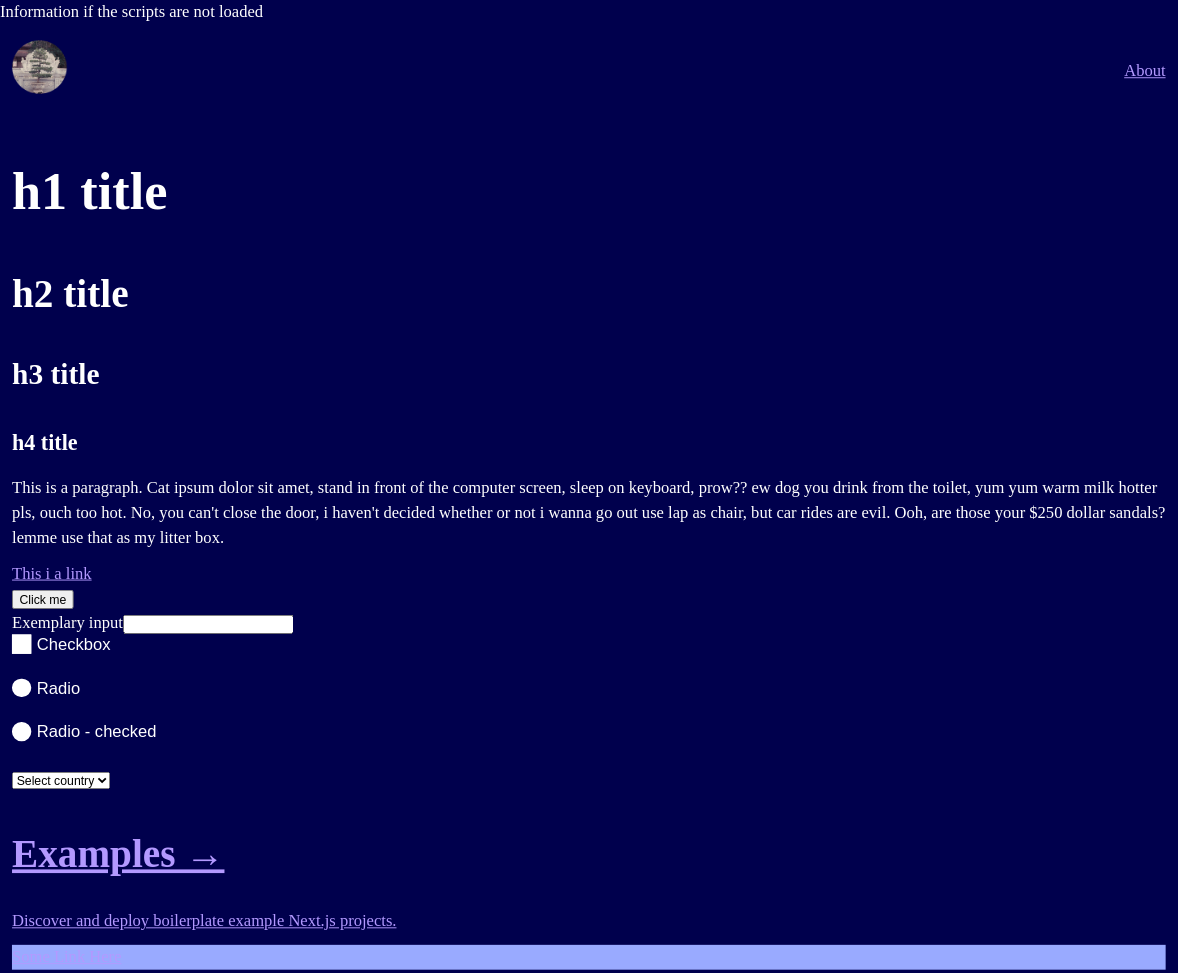
Repository: magiai/scent-app
Page: /
The author's editor kept a copy of each file at every save. The page is drawn from the files as they stood at one save, then again after the next save.
The browser window is 1280 px wide. The pictures show the whole page, at 92% of full size.
The project was rebuilt for these pictures with package versions that can differ from the ones it lists, and the page was loaded fresh each time. The framework's server and built-in components were replaced by stand-ins that run in the browser.

Above is the page before, as saved 2022-05-25 15:08:05.

### pages/_app.tsx

import '../styles/variables.css';
import '../styles/global.css';
import '../styles/forms.css';
import { AppProps } from 'next/app';

function MyApp({ Component, pageProps }: AppProps) {
    return (
        <Component {...pageProps} />
    )
}

export default MyApp

### pages/_document.js
import { Html, Head, Main, NextScript } from "next/document";

export default function Document() {
    return (
        <Html lang="en">
            <Head>
                <meta charset="utf-8" />
                <meta http-equiv="X-UA-Compatible" content="IE=edge" />
                <meta name=" theme-color" content="#fff" />
                <meta name="viewport" content="width=device-width, initial-scale=1" />
                <meta name="robots" content="index, follow" />

                <title key="title">Application title</title>
                <link rel="icon" href="/favicon.ico"></link>
                <link rel="canonical" href="https://website.com/"></link>
                <meta name="description" content="Application description"></meta>

                {/* Open Graph Protocol */}
                <meta property="fb:page_id" content="" />
                <meta property="twitter:site" content="" />

                <meta property="og:title" content="Application title"/>
                <meta property="og:type" content="application"/>
                <meta property="og:url" content="https://website.com"/>
                <meta property="og:site_name" content=""/>
                <meta property="og:description" content="Application description"/>
                <meta property="og:image" content=""/>
                {/* /Open Graph Protocol */}

                <noscript>Information if the scripts are not loaded</noscript>
            </Head>
            <body>
                <Main />
                <NextScript />
            </body>
        </Html>
    )
}

### pages/index.tsx
import Head from 'next/head';
import Layout from '../components/layout';

export default function Home() {
  return (
    <Layout>
      <Head>
        <title key="title">Home</title>
      </Head>

      <main>
        <h1>h1 title</h1>
        <h2>h2 title</h2>
        <h3>h3 title</h3>
        <h4>h4 title</h4>

        <p>
            This is a paragraph. Cat ipsum dolor sit amet, stand in front of the computer screen, sleep on keyboard, prow?? ew dog you drink from the toilet, yum yum warm milk hotter pls, ouch too hot. No, you can't close the door, i haven't decided whether or not i wanna go out use lap as chair, but car rides are evil. Ooh, are those your $250 dollar sandals? lemme use that as my litter box.
        </p>

        <a href='/'>This i a link</a>
        <br />
        <button>Click me</button>
        <br />

        <form>
            <label>
                Exemplary input
                <input id="input-exemple" type="text"/>
            </label>
            <br />
            <label className="form-control">
                <input name="checkbox" type="checkbox"/>
                Checkbox
            </label>
            <br />
            <label className="form-control">
                <input name="radio" type="radio" disabled/>
                Radio
            </label>
            <br />
            <label className="form-control">
                <input name="radio" type="radio"/>
                Radio - checked
            </label>
            <br />
            <select>
                <option value="">Select country</option>
                <option value="poland">Poland</option>
                <option value="sweden">Sweden</option>
                <option value="mexico">mexico</option>
            </select>
        </form>


        <div className="grid">
          <a
            href="https://github.com/vercel/next.js/tree/master/examples"
            className="card"
          >
            <h2>Examples &rarr;</h2>
            <p>Discover and deploy boilerplate example Next.js projects.</p>
          </a>

        </div>
      </main>

    </Layout>
  )
}

### styles/variables.css
:root {
    --color--white: white;
    --color--black: black;

    --hue--base: 255;
    --saturation--base: 100%;
    --lightness--base: 80%;
    --opacity--base: 1;
    --color--lighten: 5%;
    --color--darken: 10%;
    --color--primary: hsla(var(--hue--base), var(--saturation--base), var(--lightness--base), var(--opacity--base));
    --color--primary--active: hsla(var(--hue--base),
                                    var(--saturation--base),
                                    calc(var(--lightness--base) + var(--color--lighten)),
                                    var(--opacity--base));

    --hue--secondary: 240;
    --saturation--secondary: 100%;
    --lightness--secondary: 15%;
    --color--secondary: hsla(var(--hue--secondary), var(--saturation--secondary), var(--lightness--secondary), var(--opacity--base));
    --color--secondary--active: hsla(var(--hue--secondary),
                                var(--saturation--secondary),
                                calc(var(--lightness--secondary) + var(--color--lighten)),
                                var(--opacity--base));

    --hue--error: 360;
    --hue--success: 130;
    --hue--information: 230;
    --color--disabled: hsla(var(--hue--information), 0, calc(var(--lightness--base) - var(--color--darken)), var(--opacity--base));
    --color--information: hsla(var(--hue--information), var(--saturation--base), var(--lightness--base), var(--opacity--base));
    --color--success: hsla(var(--hue--success), var(--saturation--base), var(--lightness--base), var(--opacity--base));
    --color--error: hsla(var(--hue--error), var(--saturation--base), var(--lightness--base), var(--opacity--base));

    --background-color: var(--color--secondary);

    --spacing__ratio: 1.414;
    --spacing__ratio--desktop: 1.618;
    --space--base: 0.5rem;
    --space--xs: var(--space--base);
    --space--s: calc(var(--space--xs) * var(--spacing__ratio));
    --space--m: calc(var(--space--s) * var(--spacing__ratio));
    --space--l: calc(var(--space--m) * var(--spacing__ratio));
    --space--xl: calc(var(--space--l) * var(--spacing__ratio));

    --font-size__ratio: 1.20;
    --font-size__ratio--desktop: 1.333;
    --font-size--base: 1.8rem;
    --font-size--h4: calc(var(--font-size--base) * var(--font-size__ratio));
    --font-size--h3: calc(var(--font-size--h4) * var(--font-size__ratio));
    --font-size--h2: calc(var(--font-size--h3) * var(--font-size__ratio));
    --font-size--h1: calc(var(--font-size--h2) * var(--font-size__ratio));
}

@media only screen and (min-width: 768px) {
    :root {
        --font-size__ratio: var(--font-size__ratio--desktop);
        --spacing__ratio: var(--spacing__ratio--desktop);
    }
}

### styles/global.css
html {
    font-size: 62.5%;
}

*,
*:before,
*:after {
    box-sizing: border-box;
}

body {
    margin: 0;
    color: var(--color--white);
    background-color: var(--background-color);
    font-size: var(--font-size--base);
    line-height: 1.5;
    /* line-height: calc(2px + 2ex + 2px); */
}

p,
li,
h1, h2, h3, h4, h5 {
  overflow-wrap: break-word;
  hyphens: auto;
  margin-bottom: 0.65em;
}

h1 {
    font-size: var(--font-size--h1);
}

h2 {
    font-size: var(--font-size--h2);
}

h3 {
    font-size: var(--font-size--h3);
}

h4 {
    font-size: var(--font-size--h4);
}

h5 {
    font-size: var(--font-size--h5);
}

a {
    color: var(--color--primary);
    padding-top: var(--space--s);
    padding-bottom: var(--space--s);
}

a:hover, a:active, a:focus {
    color: var(--color--primary--active);
}

### styles/forms.css
:root {
    --form-control__color: var(--color--secondary);
    --form-control--disabled: var(--color--disabled);
}

.form-control {
    font-family: system-iu, sans-serif;
    font-size: var(--font-size--base);
    line-height: 1.1;
    display: grid;
    grid-template-columns: 1em auto;
    gap: 0.5em;
}

input[type="radio"],
input[type="checkbox"] {
    --webkit-appearance: none;
    appearance: none;
    background-color: var(--color--white);
    margin: 0;
    font: inherit;
    color: currentColor;
    width: 1.15em;
    height: 1.15em;
    border: 0.15em solid currentColor;
    transform: translateY(-0.075em);
    display: grid;
    place-content: center;
}

input[type="radio"] {
    border-radius: 50%;
}

input[type="radio"]::before,
input[type="checkbox"]::before {
    content: "";
    width: 0.65em;
    height: 0.65em;
    transform: scale(0);
    transition: 120ms transform ease-in-out;
    box-shadow: inset 1em 1em var(--form-control__color);
    background-color: CanvasText;
}

input[type="radio"]::before {
    border-radius: 50%;
}

input[type="radio"]:checked::before,
input[type="checkbox"]:checked::before {
    transform: scale(1);
}

input[type="checkbox"]:checked::before {
    transform: scale(1);
    transform-origin: bottom left;
    clip-path: polygon(14% 44%, 0 65%, 50% 100%, 100% 16%, 80% 0%, 43% 62%);
}

input[type="radio"]:focus,
input[type="checkbox"]:focus {
    outline: max(2px, 0.15em) solid currentColor;
    outline-offset: max(2px, 0.15em);
}

input[type="radio"]:disabled,
input[type="checkbox"]:disabled {
    --form-control__color: var(--form-control--disabled);
    color: var(--form-control--disabled);
    cursor: not-allowed;
}

.form-control + .form-control {
    margin-top: 1em;
}

### components/layout.tsx
import React from 'react';
import Footer from './footer';
import Header from './header';
import styles from './layout.module.css'

export default function Layout({
  children,
  home
}: {
  children: React.ReactNode
  home?: boolean
}) {
    return (
        <div className = {styles.container}>
            <Header/>
            {children}
            <Footer/>
        </div>
    );
}

### components/footer.js
import styles from './footer.module.css';

export default function Footer() {

    return(
        <footer className = {styles.footer}>
            <a
            href="https://vercel.com?utm_source=create-next-app&utm_medium=default-template&utm_campaign=create-next-app"
            target="_blank"
            rel="noopener noreferrer"
            >
            Some Link Here
            </a>
      </footer>
    );
}

### components/header.tsx
import Link from 'next/link';
import Image from 'next/image';
import styles from './header.module.css';

export default function Header() {
    return (
        <header className = {styles.header}>
            <nav className = {styles.navigation}>
                <Link href="/">
                    <a>
                        <Image
                            src = "/images/logo.png"
                            height = {60}
                            width = {60}
                            alt = "Logo"
                        />
                    </a>
                </Link>
                <Link href="/about">
                    <a>About</a>
                </Link>
            </nav>
        </header>
    );
}

### components/layout.module.css
.container {
    padding-left: var(--space--m);
    padding-right: var(--space--m);
}

### components/footer.module.css
.footer {
    background-color: var(--color--information);
}

### components/header.module.css
.header {
    padding-top: var(--space--s);
    padding-bottom: var(--space--s);
}

.navigation {
    width: 100%;
    display: flex;
    flex-direction: row;
    justify-content: space-between;
    align-items: center;
}

After the next save:
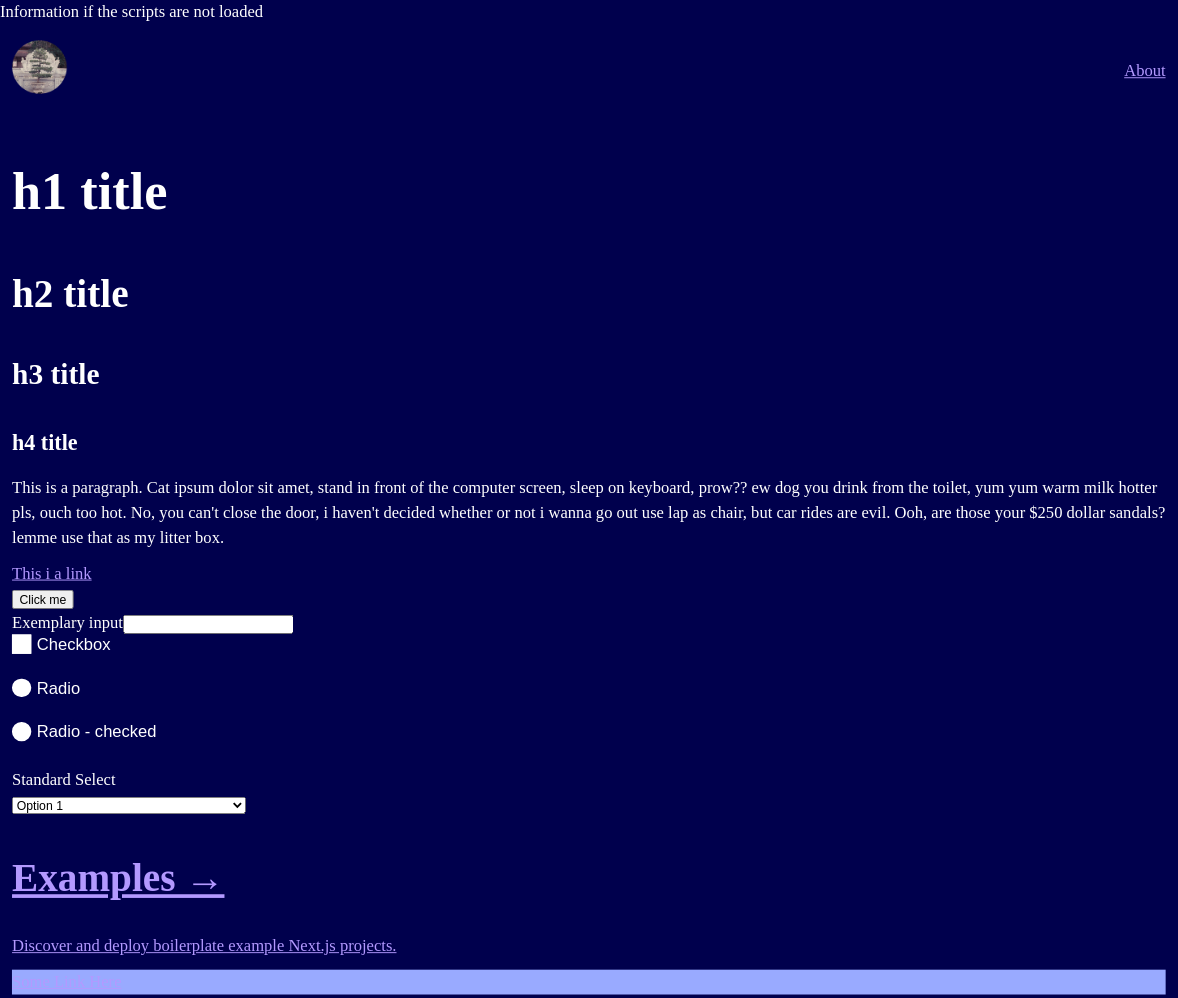
Saved 5 min 37 s later.
--- a/pages/index.tsx
+++ b/pages/index.tsx
@@ -44,12 +44,19 @@ export default function Home() {
                 Radio - checked
             </label>
             <br />
-            <select>
-                <option value="">Select country</option>
-                <option value="poland">Poland</option>
-                <option value="sweden">Sweden</option>
-                <option value="mexico">mexico</option>
-            </select>
+            <label htmlFor="standard-select">Standard Select</label>
+            <div className="select">
+                <select id="standard-select">
+                    <option value="Option 1">Option 1</option>
+                    <option value="Option 2">Option 2</option>
+                    <option value="Option 3">Option 3</option>
+                    <option value="Option 4">Option 4</option>
+                    <option value="Option 5">Option 5</option>
+                    <option value="Option length">
+                    Option that has too long of a value to fit
+                    </option>
+                </select>
+            </div>
         </form>
 
 
